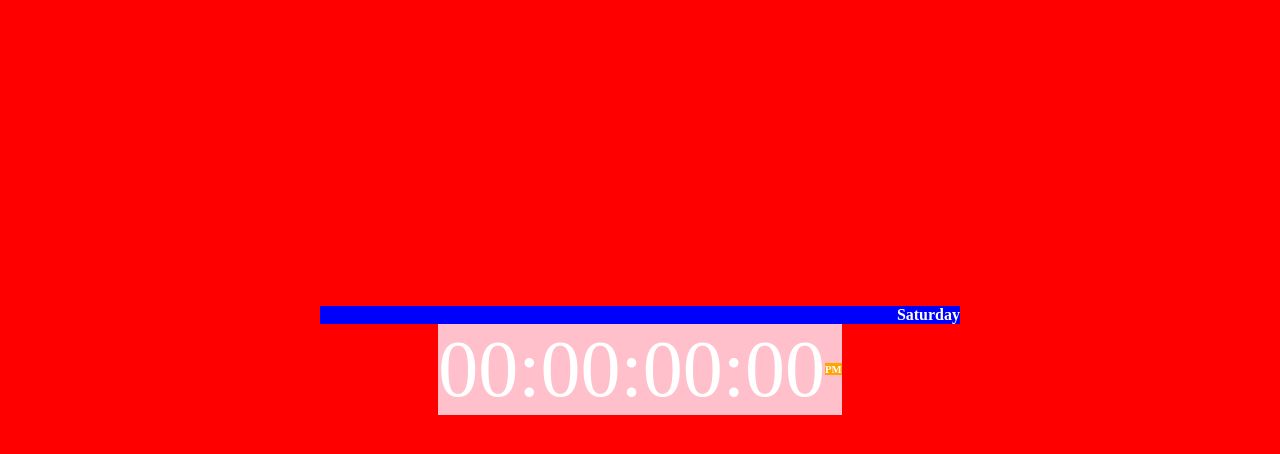
Repository: EguJaredoBoyd/Jared-Digital-Clock
Page: index.html
These files come from the project's save history. The page is drawn as it stood at one moment and after the next save; the edit follows.
The browser window is 1280 px wide. The pictures show the whole page.

Above is the page before, as saved 2026-01-03 23:15:59.

After the next save:
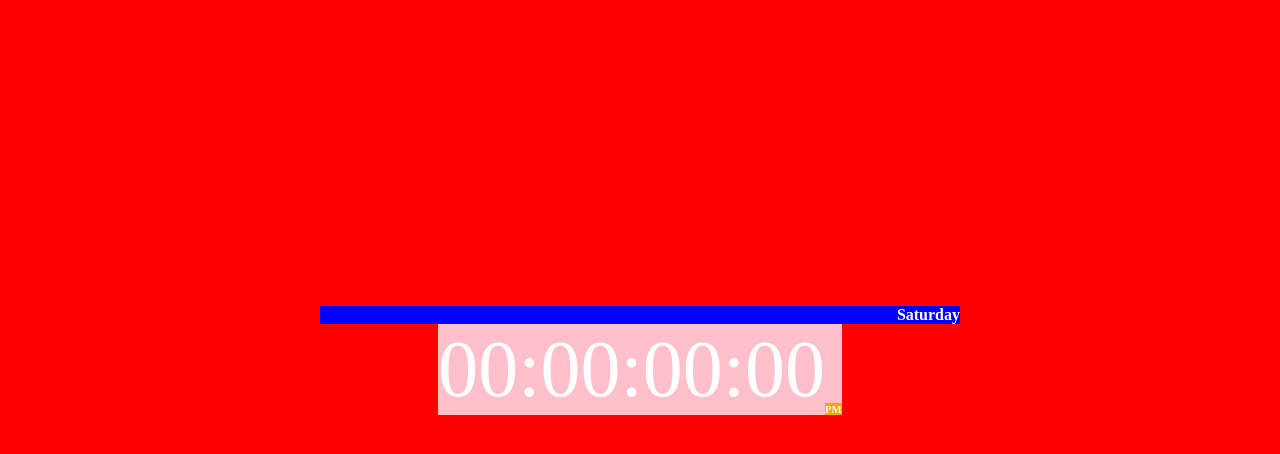
Saved 16 s later.
--- a/css/styles.css
+++ b/css/styles.css
@@ -36,5 +36,5 @@ body {
 
 .watch-container__time h6 {
   background-color: orange;
-  align-self: center;
+  align-self: self-end;
 }
